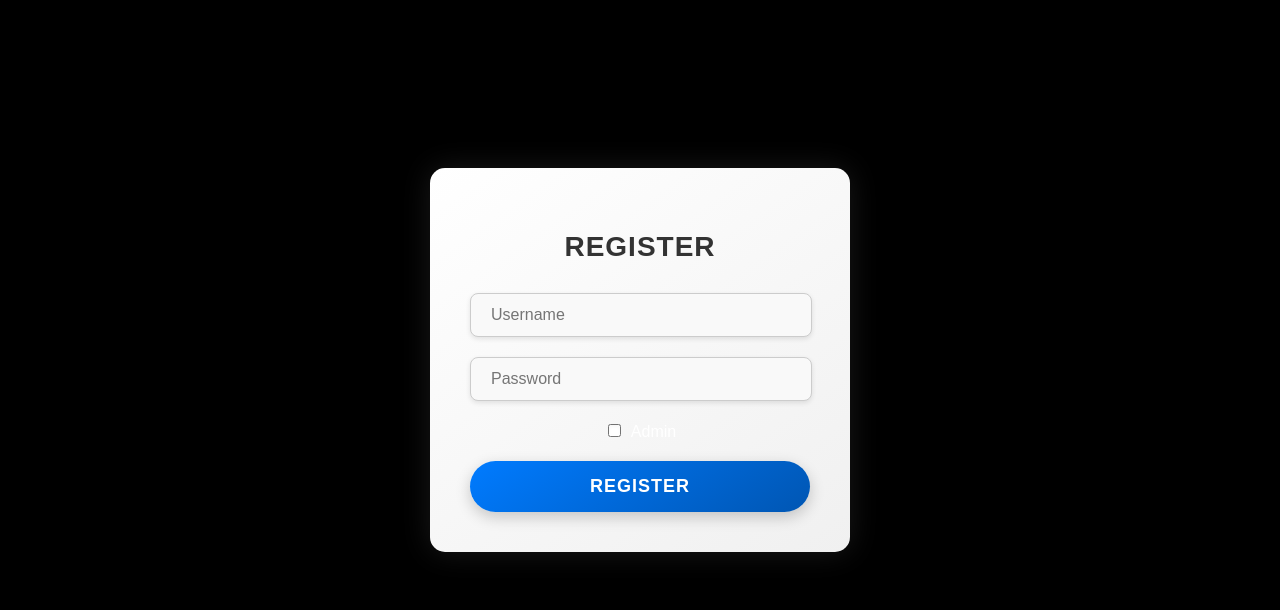
Repository: mdmisri/needy-talk
Page: /register (app in frontend/talk-d1/)
These files come from the project's save history. The page is drawn as it stood at one moment and after a run of saves; the edit follows.
The browser window is 1280 px wide. The pictures show the whole page.
The page's requests for data from a server got no answer. The project was rebuilt for these pictures with package versions that can differ from the ones it lists, and the page was loaded fresh each time. No one was signed in, and anything a server would have sent is missing. Also part of the build but not shown: frontend/talk-d1/src/components/Login/Login.js, frontend/talk-d1/src/conversationUtils.js, frontend/talk-d1/src/hooks/useConversation.js, frontend/talk-d1/src/components/Chat/styles/Message.css, frontend/talk-d1/src/components/Chat/Message.js, frontend/talk-d1/src/components/Chat/ChatBox.js, frontend/talk-d1/src/components/Chat/AdminChatBox.js, frontend/talk-d1/src/components/Chat/AdminSelection.js and 1 more.

Above is the page before, as saved 2024-07-29 05:06:07.

After the next 2 saves:
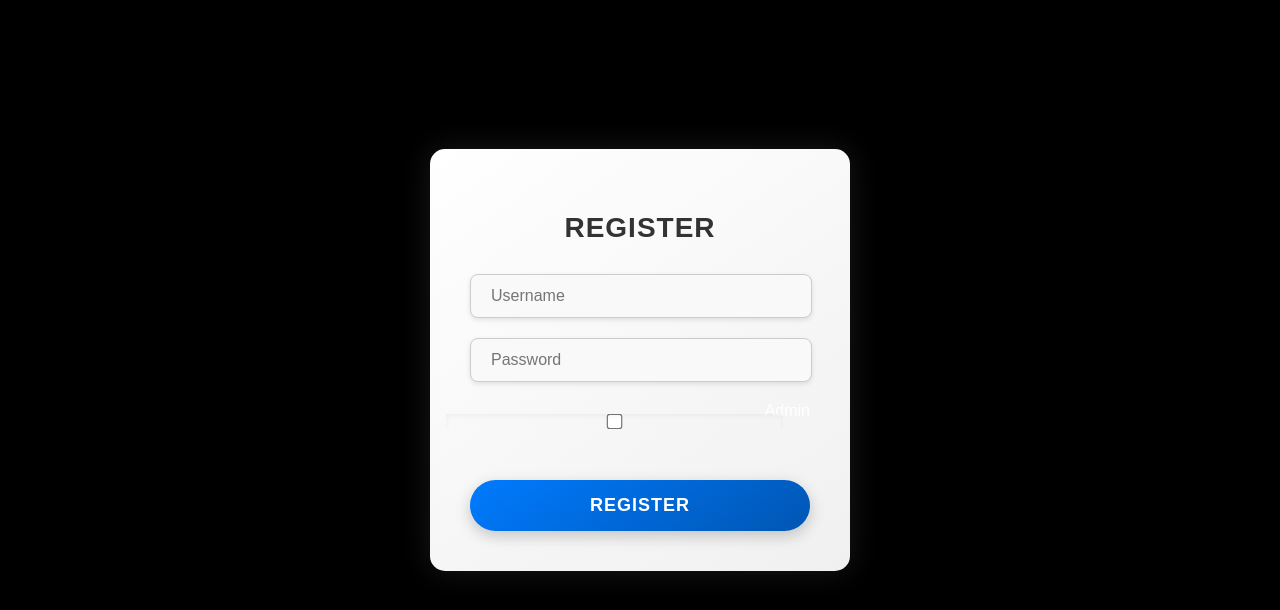
The 2 saves are shown as one change because they came seconds apart.
The last was saved 2 min 35 s later.
--- a/frontend/talk-d1/src/components/Register/Register.js
+++ b/frontend/talk-d1/src/components/Register/Register.js
@@ -1,4 +1,3 @@
-// Register.js
 import React, { useState } from 'react';
 import axios from 'axios';
 import { useNavigate } from 'react-router-dom';
@@ -45,14 +44,14 @@ const Register = () => {
                     placeholder="Password"
                     required
                 />
-                <label>
+                <div className="checkbox-container">
                     <input
                         type="checkbox"
                         checked={isAdmin}
                         onChange={() => setIsAdmin(!isAdmin)}
                     />
-                    Admin
-                </label>
+                    <span className="admin-text">Admin</span>
+                </div>
                 <button type="submit">Register</button>
             </form>
         </div>
